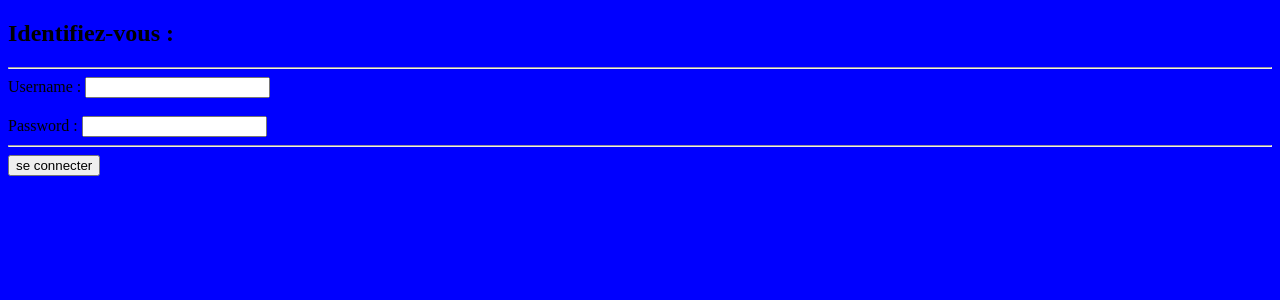
Repository: Chakir-Manale/GI_ENSAO
Page: GI4/S1/JEE/WorkSpace/TP2/WebContent/Identification.html
An editor plug-in stored every save of this project. The page is shown before and after the next save, followed by the edit.
The browser window is 1280 px wide. The pictures show the whole page.

Above is the page before, as saved 2018-10-20 17:20:27.

After the next save:
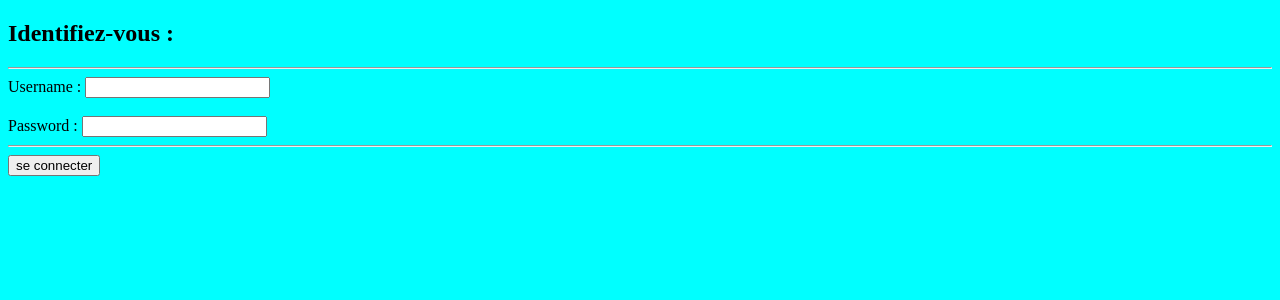
Saved 67 s later.
--- a/GI4/S1/JEE/WorkSpace/TP2/WebContent/Identification.html
+++ b/GI4/S1/JEE/WorkSpace/TP2/WebContent/Identification.html
@@ -6,7 +6,7 @@
 
 <style>
 		body {
-			background: blue;
+			background: aqua;
 			 color: black;
 		}
 
